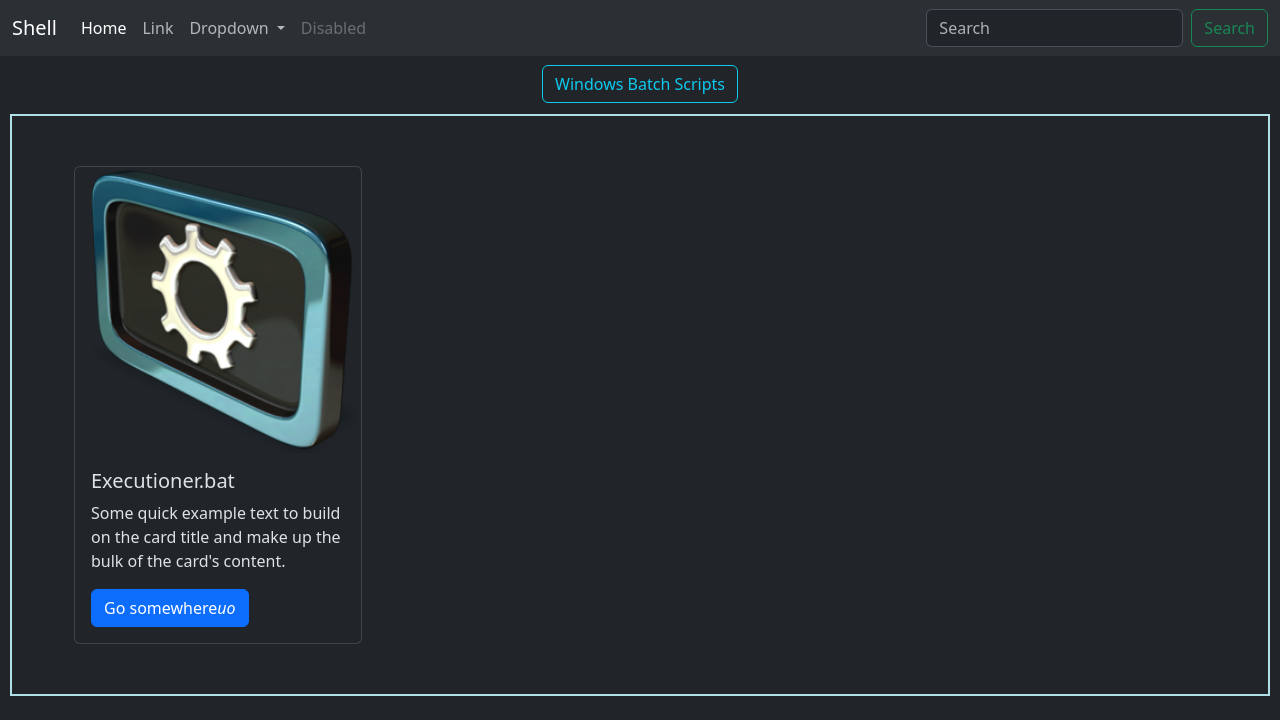
Repository: VictoriousMango/Archive
Page: index.html
The author's editor kept a copy of each file at every save. The page is drawn from the files as they stood at one save, then again after the next save.
The browser window is 1280 px wide. The pictures show the whole page.

Above is the page before, as saved 2024-06-06 00:50:00.

### index.html
<!doctype html>
<html lang="en">
    <head>
        <meta charset="utf-8">
        <meta name="viewport" content="width=device-width, initial-scale=1">
        <title>Bootstrap demo</title>
        <link href="https://cdn.jsdelivr.net/npm/bootstrap@5.3.3/dist/css/bootstrap.min.css" rel="stylesheet" integrity="sha384-QWTKZyjpPEjISv5WaRU9OFeRpok6YctnYmDr5pNlyT2bRjXh0JMhjY6hW+ALEwIH" crossorigin="anonymous">    </head>
    <body data-bs-theme="dark">
        <!-- NavBar -->
        <nav class="navbar navbar-expand-lg bg-body-tertiary ">
            <div class="container-fluid">
                <a href="#" class="navbar-brand" role="button" onclick="Toggling()">Shell</a>
              <button class="navbar-toggler" type="button" data-bs-toggle="collapse" data-bs-target="#navbarSupportedContent" aria-controls="navbarSupportedContent" aria-expanded="false" aria-label="Toggle navigation">
                <span class="navbar-toggler-icon"></span>
              </button>
                <div class="collapse navbar-collapse" id="navbarSupportedContent">
                    <ul class="navbar-nav me-auto mb-2 mb-lg-0">
                    <li class="nav-item">
                        <a class="nav-link active" aria-current="page" href="#">Home</a>
                    </li>
                    <li class="nav-item">
                        <a class="nav-link" href="#">Link</a>
                    </li>
                    <li class="nav-item dropdown">
                        <a class="nav-link dropdown-toggle" href="#" role="button" data-bs-toggle="dropdown" aria-expanded="false">
                        Dropdown
                        </a>
                        <ul class="dropdown-menu">
                        <li><a class="dropdown-item" href="#">Action</a></li>
                        <li><a class="dropdown-item" href="#">Another action</a></li>
                        <li><hr class="dropdown-divider"></li>
                        <li><a class="dropdown-item" href="#">Something else here</a></li>
                        </ul>
                    </li>
                    <li class="nav-item">
                        <a class="nav-link disabled" aria-disabled="true">Disabled</a>
                    </li>
                    </ul>
                    <form class="d-flex" role="search">
                        <input class="form-control me-2" type="search" placeholder="Search" aria-label="Search">
                        <button class="btn btn-outline-success" type="submit">Search</button>
                    </form>
                </div>
            </div>
        </nav>
        <!-- NavBar -->

        <h1 style="text-align : center;"><button type="button" class="btn btn-outline-info">Windows Batch Scripts</button></h1>
        <div class="row" style="border: 2px solid powderblue; margin: 10px; padding: 50px;">
            <!-- First Card -->
            <div class="col">
                <div class="card" style="width: 18rem;">
                    <img src="Images\MS-DOS_Batch_File.png" class="card-img-top" alt="...">
                    <div class="card-body">
                      <h5 class="card-title">Executioner.bat</h5>
                      <p class="card-text">Some quick example text to build on the card title and make up the bulk of the card's content.</p>
                      <a href="Groups/Projects/Executioner.bat" class="btn btn-primary" download>Go somewhere<i class="bi bi-download">uo</i></a>
                    </div>
                  </div>
            </div>
        </div>

        <!-- Including JS -->
        <script src="https://cdn.jsdelivr.net/npm/bootstrap@5.3.3/dist/js/bootstrap.bundle.min.js" integrity="sha384-YvpcrYf0tY3lHB60NNkmXc5s9fDVZLESaAA55NDzOxhy9GkcIdslK1eN7N6jIeHz" crossorigin="anonymous"></script>
        <!-- JS for the web page -->
        <script>
            function Toggling() {
                console.log("Clicked the toggle button")
                console.log()
                var element = document.body;
                element.dataset.bsTheme = element.dataset.bsTheme=="light"?"dark":"light"
            }
        </script>
    </body>
</html>

After the next save:
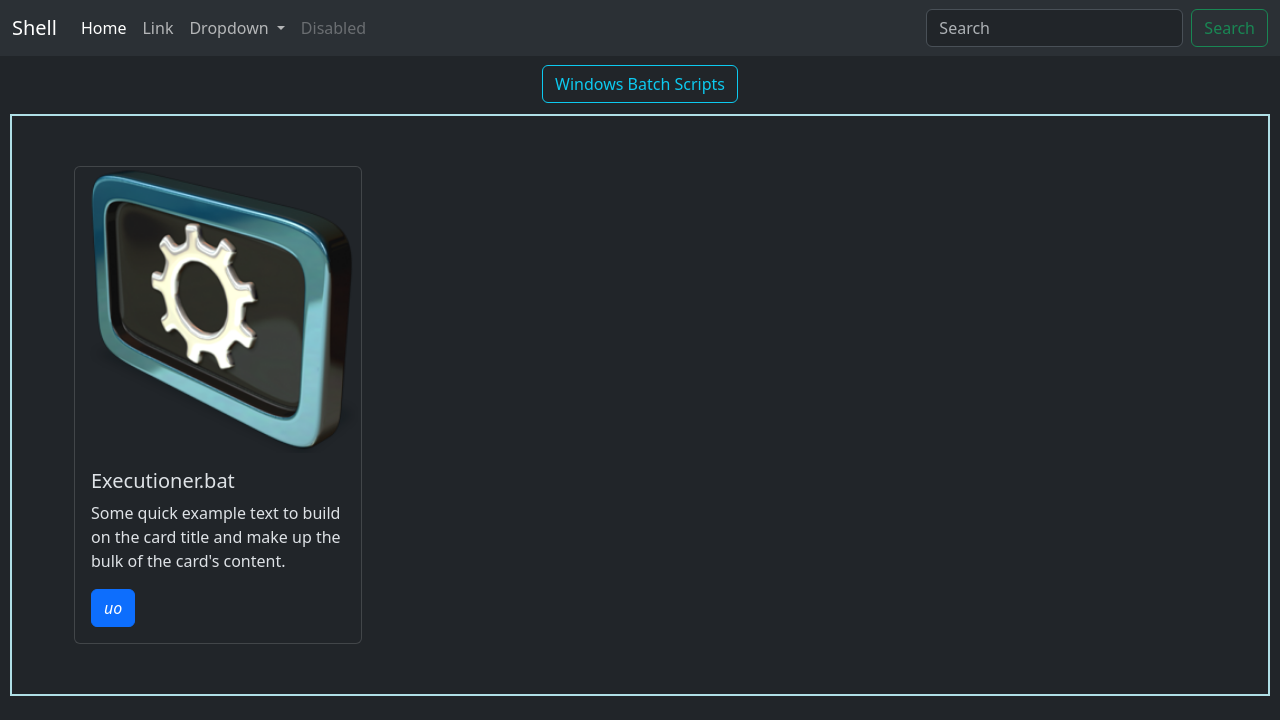
Saved 21 s later.
--- a/index.html
+++ b/index.html
@@ -54,7 +54,7 @@
                     <div class="card-body">
                       <h5 class="card-title">Executioner.bat</h5>
                       <p class="card-text">Some quick example text to build on the card title and make up the bulk of the card's content.</p>
-                      <a href="Groups/Projects/Executioner.bat" class="btn btn-primary" download>Go somewhere<i class="bi bi-download">uo</i></a>
+                      <a href="Groups/Projects/Executioner.bat" class="btn btn-primary" download><i class="bi bi-download">uo</i></a>
                     </div>
                   </div>
             </div>
